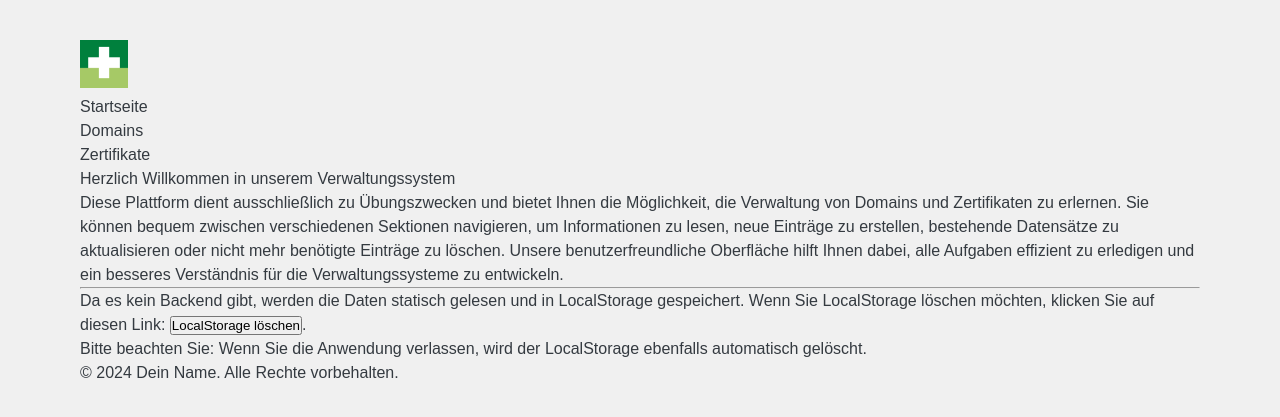
Repository: bajricadmir/verwaltungssystem-vanilla-html-css
Page: index.html
These files come from the project's save history. The page is drawn as it stood at one moment and after the next save; the edit follows.
The browser window is 1280 px wide. The pictures show the whole page.

Above is the page before, as saved 2024-10-14 10:49:56.

### index.html
<!DOCTYPE html>
<html lang="en">
  <head>
    <meta charset="UTF-8" />
    <meta name="viewport" content="width=device-width, initial-scale=1.0" />
    <link
      rel="shortcut icon"
      href="./assets/images/favicon.ico"
      type="image/x-icon"
    />
    <link rel="stylesheet" href="style.css" />
    <title>Verwaltungssystem</title>
  </head>
  <body>
    <header class="header">
      <nav class="nav">
        <img src="./assets/images/favicon.ico" alt="" />
        <ul>
          <li><a href="#home">Startseite</a></li>
          <li><a href="#about">Domains</a></li>
          <li><a href="#contact">Zertifikate</a></li>
        </ul>
      </nav>
    </header>

    <main>
      <section>
        <div class="alert">
          <div class="alert-heading">
            Herzlich Willkommen in unserem Verwaltungssystem
          </div>
          <p>
            Diese Plattform dient ausschließlich zu Übungszwecken und bietet
            Ihnen die Möglichkeit, die Verwaltung von Domains und Zertifikaten
            zu erlernen. Sie können bequem zwischen verschiedenen Sektionen
            navigieren, um Informationen zu lesen, neue Einträge zu erstellen,
            bestehende Datensätze zu aktualisieren oder nicht mehr benötigte
            Einträge zu löschen. Unsere benutzerfreundliche Oberfläche hilft
            Ihnen dabei, alle Aufgaben effizient zu erledigen und ein besseres
            Verständnis für die Verwaltungssysteme zu entwickeln.
          </p>
          <hr />
          <p>
            Da es kein Backend gibt, werden die Daten statisch gelesen und in
            LocalStorage gespeichert. Wenn Sie LocalStorage löschen möchten,
            klicken Sie auf diesen Link:
            <button type="button" class="btn">LocalStorage löschen</button
            >.<br />Bitte beachten Sie: Wenn Sie die Anwendung verlassen, wird
            der LocalStorage ebenfalls automatisch gelöscht.
          </p>
        </div>
      </section>
    </main>

    <footer>
      <p>&copy; 2024 Dein Name. Alle Rechte vorbehalten.</p>
    </footer>
  </body>
</html>

### style.css
:root {
  --primary-color: #007bff;
  --secondary-color: #6c757d;
  --success-color: #28a745;
  --danger-color: #dc3545;
  --warning-color: #ffc107;
  --info-color: #17a2b8;
  --light-color: #f8f9fa;
  --dark-color: #343a40;

  --font-size-base: 16px;
  --font-family-base: "Arial", sans-serif;
  --background-color: #f0f0f0;
}

/* CSS Reset */
* {
  margin: 0;
  padding: 0;
  box-sizing: border-box;
}

html,
body {
  height: 100%;
  font-family: var(--font-family-base);
  line-height: 1.5;
}

body {
  padding: 40px 80px 0px 80px;
}

ul {
  list-style: none;
}

a {
  text-decoration: none;
  color: inherit;
}

button {
  cursor: pointer;
}

table {
  border-collapse: collapse;
  width: 100%;
}

body {
  background-color: var(--background-color);
  color: var(--dark-color);
}

h1,
h2,
h3,
h4,
h5,
h6 {
  color: var(--primary-color);
}

.header {
  display: flex;
  flex-direction: row;
}

After the next save:
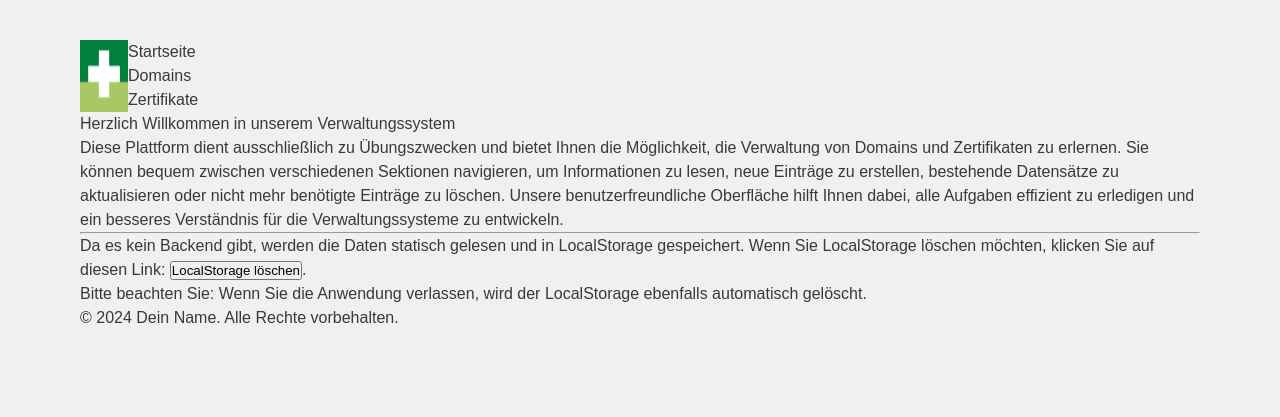
Saved 14 s later.
--- a/style.css
+++ b/style.css
@@ -62,8 +62,12 @@ h5,
 h6 {
   color: var(--primary-color);
 }
-
+/*
 .header {
   display: flex;
   flex-direction: row;
+} */
+
+.nav {
+  display: flex;
 }
